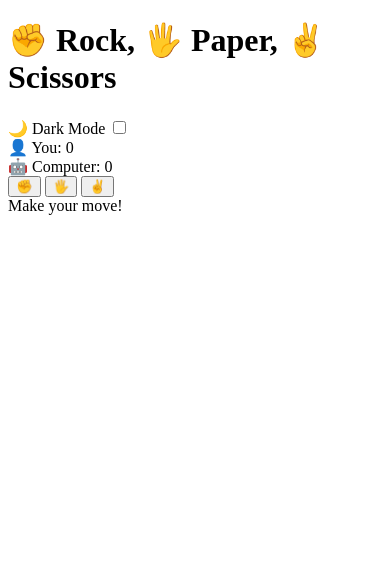
Repository: alokanand524/anand-portfolio
Page: games/rock-paper-game/index.html
The author's editor kept a copy of each file at every save. The page is drawn from the files as they stood at one save, then again after the next save.
The browser window is 375 px wide. The pictures show the whole page.

Above is the page before, as saved 2025-07-31 16:11:10.

### games/rock-paper-game/index.html
<!DOCTYPE html>
<html lang="en">
<head>
  <meta charset="UTF-8" />
  <meta name="viewport" content="width=device-width, initial-scale=1.0"/>
  <title>✊🖐✌ Rock Paper Scissors</title>
  <link rel="stylesheet" href="style.css" />
  <script src="https://code.jquery.com/jquery-3.6.0.min.js"></script>
</head>
<body>
  <div class="game-container">
    <h1>✊ Rock, 🖐 Paper, ✌ Scissors</h1>

    <label class="dark-toggle">
      🌙 Dark Mode
      <input type="checkbox" id="dark-toggle" />
    </label>

    <div class="scoreboard">
      <div>👤 You: <span id="player-score">0</span></div>
      <div>🤖 Computer: <span id="computer-score">0</span></div>
    </div>

    <div class="choices">
      <button class="choice" data-choice="rock">✊</button>
      <button class="choice" data-choice="paper">🖐</button>
      <button class="choice" data-choice="scissors">✌</button>
    </div>

    <div id="result">Make your move!</div>

    <audio id="win-sound" src="https://assets.mixkit.co/sfx/preview/mixkit-video-game-win-2016.mp3"></audio>
    <audio id="lose-sound" src="https://assets.mixkit.co/sfx/preview/mixkit-losing-piano-2024.mp3"></audio>
    <audio id="draw-sound" src="https://assets.mixkit.co/sfx/preview/mixkit-arcade-retro-game-over-213.wav"></audio>
  </div>

  <script src="script.js"></script>
</body>
</html>

### games/rock-paper-game/style.css
body.dark {
  background-color: #121212;
  color: #f0f0f0;
}

.button-group button {
  margin: 10px;
  padding: 10px 20px;
  font-size: 1.3rem;
  border-radius: 10px;
  cursor: pointer;
}

.result-text {
  font-size: 1.5rem;
  margin: 15px 0;
}

.history-log {
  list-style: none;
  padding: 0;
}

### games/rock-paper-game/script.js
$(document).ready(function () {
  const choices = ["rock", "paper", "scissors"];
  let playerScore = 0;
  let computerScore = 0;

  function playSound(result) {
    const soundMap = {
      win: '#win-sound',
      lose: '#lose-sound',
      draw: '#draw-sound'
    };
    $(soundMap[result])[0].play();
  }

  function getComputerChoice() {
    const rand = Math.floor(Math.random() * 3);
    return choices[rand];
  }

  function determineWinner(player, computer) {
    if (player === computer) return "draw";
    if (
      (player === "rock" && computer === "scissors") ||
      (player === "scissors" && computer === "paper") ||
      (player === "paper" && computer === "rock")
    ) return "win";
    return "lose";
  }

  $(".choice").click(function () {
    const playerChoice = $(this).data("choice");
    const computerChoice = getComputerChoice();

    const result = determineWinner(playerChoice, computerChoice);
    playSound(result);

    if (result === "win") {
      playerScore++;
      $("#result").text(`✅ You win! ${playerChoice} beats ${computerChoice}`);
    } else if (result === "lose") {
      computerScore++;
      $("#result").text(`❌ You lose! ${computerChoice} beats ${playerChoice}`);
    } else {
      $("#result").text(`🤝 It's a draw! You both chose ${playerChoice}`);
    }

    $("#player-score").text(playerScore);
    $("#computer-score").text(computerScore);
  });

  $("#dark-toggle").change(function () {
    $("body").toggleClass("dark-mode");
  });
});

After the next save:
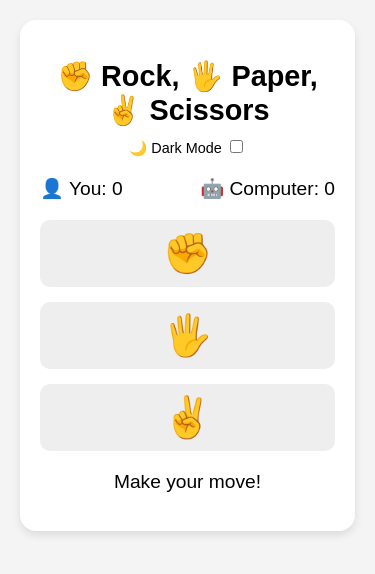
Saved 2 s later.
--- a/games/rock-paper-game/style.css
+++ b/games/rock-paper-game/style.css
@@ -1,22 +1,82 @@
-body.dark {
-  background-color: #121212;
-  color: #f0f0f0;
+body {
+  font-family: Arial, sans-serif;
+  background: #f4f4f4;
+  margin: 0;
+  padding: 20px;
+  text-align: center;
+  transition: background 0.3s, color 0.3s;
 }
 
-.button-group button {
-  margin: 10px;
+.game-container {
+  max-width: 500px;
+  margin: auto;
+  padding: 20px;
+  border-radius: 16px;
+  background: white;
+  box-shadow: 0 4px 8px rgba(0,0,0,0.1);
+}
+
+h1 {
+  font-size: 1.8em;
+  margin-bottom: 10px;
+}
+
+.scoreboard {
+  display: flex;
+  justify-content: space-between;
+  margin: 10px 0 20px;
+  font-size: 1.2em;
+}
+
+.choices {
+  display: flex;
+  justify-content: space-around;
+  margin: 20px 0;
+}
+
+.choice {
+  font-size: 2.5em;
   padding: 10px 20px;
-  font-size: 1.3rem;
+  background: #eee;
+  border: none;
   border-radius: 10px;
+  transition: transform 0.2s;
+}
+
+.choice:hover {
+  transform: scale(1.1);
+  background: #ddd;
   cursor: pointer;
 }
 
-.result-text {
-  font-size: 1.5rem;
-  margin: 15px 0;
+#result {
+  font-size: 1.2em;
+  margin-top: 15px;
+  min-height: 40px;
 }
 
-.history-log {
-  list-style: none;
-  padding: 0;
+.dark-mode {
+  background: #1e1e1e;
+  color: #f4f4f4;
 }
+
+.dark-mode .game-container {
+  background: #2b2b2b;
+  box-shadow: none;
+}
+
+.dark-toggle {
+  font-size: 0.9em;
+  margin-bottom: 10px;
+  display: inline-block;
+}
+
+@media (max-width: 480px) {
+  .choices {
+    flex-direction: column;
+    gap: 15px;
+  }
+  .choice {
+    width: 100%;
+  }
+}
